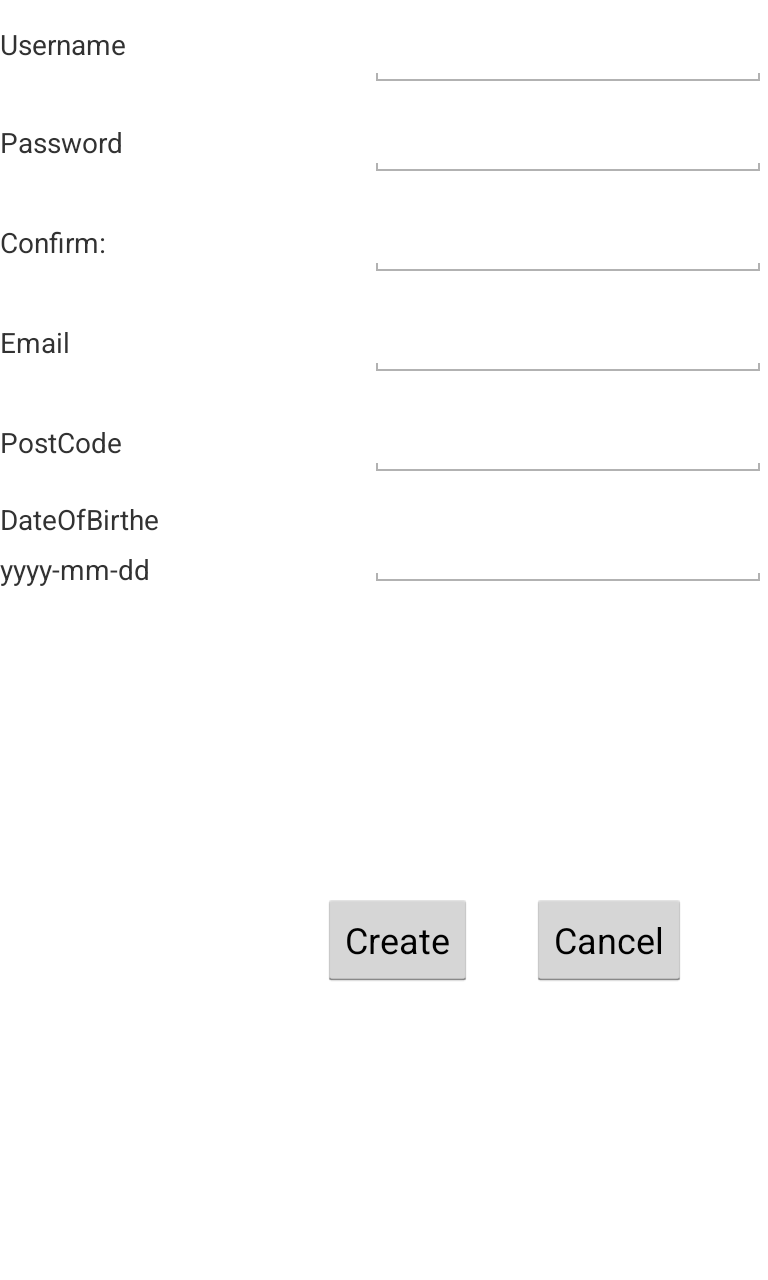
Repository: mpdehnel/seg
Layout: VectorOne/res/layout/activity_addnewuser.xml
The author's editor kept a copy of each file at every save. The layout is drawn from the files as they stood at one save, then again after the next save.
It is drawn on a 768 x 1280 px phone screen (xhdpi) without system bars, with theme AppTheme; the app's code is not run.

Above is the layout before, as saved 2013-03-12 15:16:51.

After the next save:
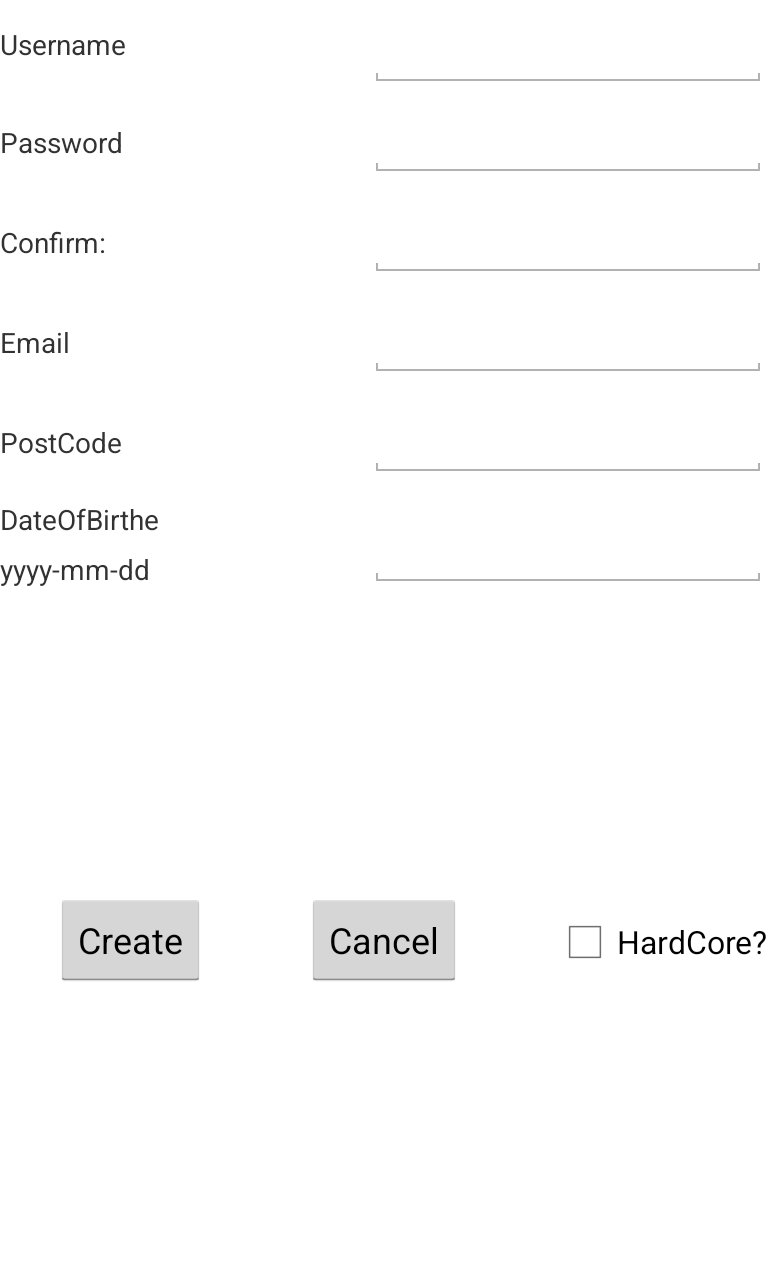
Saved 3 h 43 min later.
--- a/VectorOne/res/layout/activity_addnewuser.xml
+++ b/VectorOne/res/layout/activity_addnewuser.xml
@@ -166,23 +166,31 @@
         android:layout_height="match_parent" >
 
         <Button
-            android:id="@+id/Cancel"
-            android:layout_width="wrap_content"
-            android:layout_height="wrap_content"
-            android:layout_alignParentRight="true"
-            android:layout_centerVertical="true"
-            android:layout_marginRight="40dp"
-            android:text="Cancel" />
-
-        <Button
             android:id="@+id/CreateUser"
             android:layout_width="wrap_content"
             android:layout_height="wrap_content"
             android:layout_alignBaseline="@+id/Cancel"
             android:layout_alignBottom="@+id/Cancel"
-            android:layout_marginRight="28dp"
-            android:layout_toLeftOf="@+id/Cancel"
+            android:layout_alignParentLeft="true"
+            android:layout_marginLeft="27dp"
             android:text="Create" />
+
+        <Button
+            android:id="@+id/Cancel"
+            android:layout_width="wrap_content"
+            android:layout_height="wrap_content"
+            android:layout_centerHorizontal="true"
+            android:layout_centerVertical="true"
+            android:text="Cancel" />
+
+        <CheckBox
+            android:id="@+id/hardcoreMode"
+            android:layout_width="wrap_content"
+            android:layout_height="wrap_content"
+            android:layout_alignBaseline="@+id/Cancel"
+            android:layout_alignBottom="@+id/Cancel"
+            android:layout_alignParentRight="true"
+            android:text="HardCore?" />
 
     </RelativeLayout>
 
